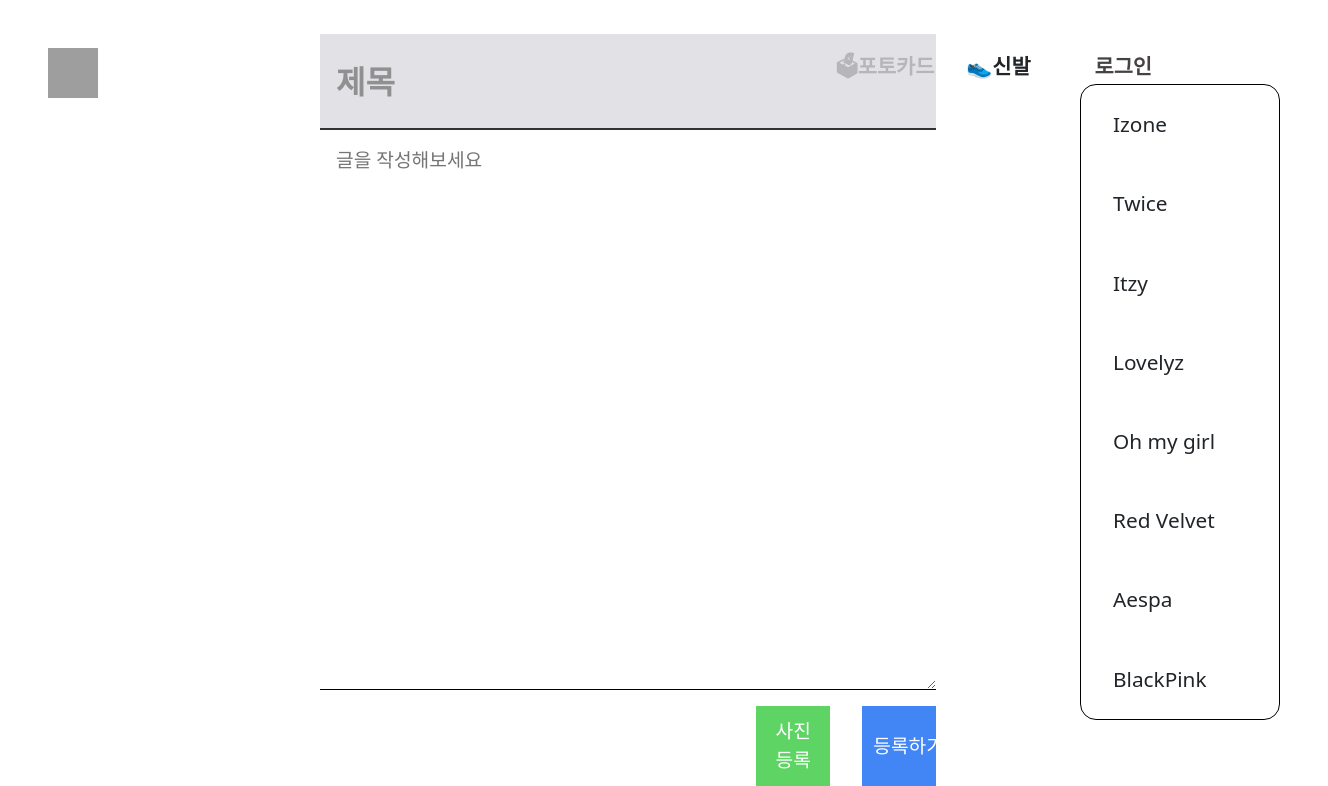
Repository: hwangstar156/goods-trader
Page: /write
An editor plug-in stored every save of this project. The page is shown before and after a run of saves, followed by the edit.
The browser window is 1280 px wide. The page is 1328 px wide, so the pictures cover 1328 px, including what lies to the right of the window. The pictures show the whole page.
Pictures or frames that could not be fetched are drawn as grey boxes. Some web libraries are served in a nearby version. The project was rebuilt for these pictures with package versions that can differ from the ones it lists, and the page was loaded fresh each time. Also part of the build but not shown: src/App.css, src/component/sign-up/sign-up.component.jsx, src/component/sign-in/sign-in.styles.scss, src/component/sign-in/sign-in.component.jsx, src/component/with-spinner/withSpinner.styles.scss, src/component/with-spinner/withSpinner.component.jsx, src/pages/userprofile/userprofile.styles.scss, src/pages/userprofile/userprofile.utils.js and 8 more.

Above is the page before, as saved 2021-09-05 17:05:46.

After the next 2 saves:
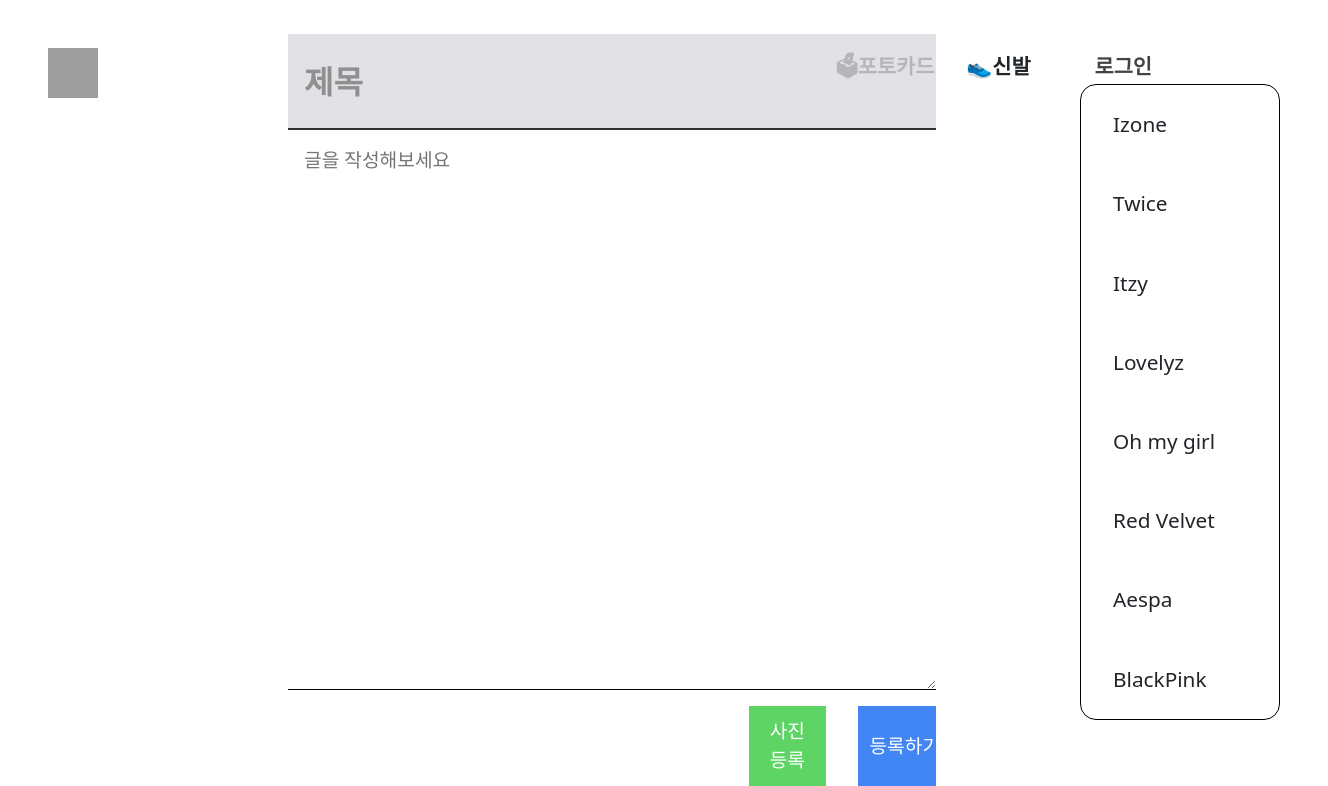
The 2 saves are shown as one change because they came seconds apart.
The last was saved 8 s later.
--- a/src/pages/write/write.styles.scss
+++ b/src/pages/write/write.styles.scss
@@ -9,7 +9,7 @@
   & .inputs-form {
     display: flex;
     flex-direction: column;
-    margin-left: 20rem;
+    margin-left: 18rem;
     margin-right: 4rem;
     width: 900px;
     & .head-input {
